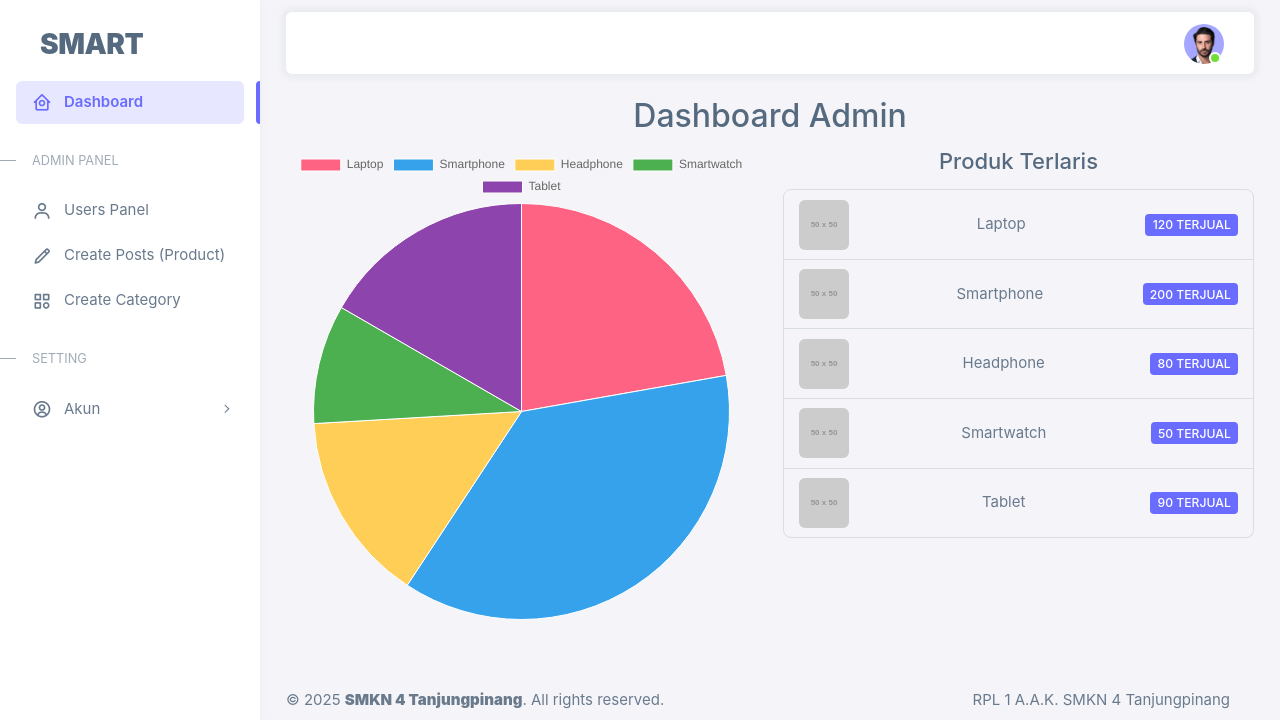
Repository: athalantis/SMart
Page: http://localhost/dashmind.php
The author's editor kept a copy of each file at every save. The page is drawn from the files as they stood at one save, then again after the next save.
The browser window is 1280 px wide. The pictures show the whole page.
Some web fonts or font styles are not loaded; a fallback is used. The page is run by PHP 8.4 with error messages shown; the project is at /var/www/html/. The session is filled in as if someone had signed in: {"username": "testuser", "name": "Test User", "role": "admin", "user_id": 1}. Other server files are loaded and not shown.

Above is the page before, as saved 2025-03-28 11:07:58.

### dashmind.php
<?php
include (".includes/header.php");
$title = "Admin's Dashboard";
include '.includes/toast_notification.php';
?>

<div class="container mt-4">
    <h2 class="mb-3 text-center">Dashboard Admin</h2>

    <div class="row">
        <!-- Chart -->
        <div class="col-md-6">
            <canvas id="salesChart"></canvas>
        </div>

        <!-- Dummy Data Produk -->
        <div class="col-md-6">
            <h4 class="text-center">Produk Terlaris</h4>
            <ul class="list-group">
                <?php
                // Dummy data produk
                $products = [
                    ["name" => "Laptop", "sold" => 120],
                    ["name" => "Smartphone", "sold" => 200],
                    ["name" => "Headphone", "sold" => 80],
                    ["name" => "Smartwatch", "sold" => 50],
                    ["name" => "Tablet", "sold" => 90]
                ];

                // Loop untuk menampilkan daftar produk
                for ($i = 0; $i < count($products); $i++) {
                    echo '<li class="list-group-item d-flex justify-content-between align-items-center">';
                    echo '<img src="https://via.placeholder.com/50" alt="Product Image" class="rounded me-2">';
                    echo '<span>' . $products[$i]["name"] . '</span>';
                    echo '<span class="badge bg-primary">' . $products[$i]["sold"] . ' terjual</span>';
                    echo '</li>';
                }
                ?>
            </ul>
        </div>
    </div>
</div>

<!-- Chart.js -->
<script src="https://cdn.jsdelivr.net/npm/chart.js"></script>
<script>
document.addEventListener("DOMContentLoaded", function() {
    var ctx = document.getElementById('salesChart').getContext('2d');

    var productNames = <?php echo json_encode(array_column($products, 'name')); ?>;
    var productSales = <?php echo json_encode(array_column($products, 'sold')); ?>;

    var salesChart = new Chart(ctx, {
        type: 'pie',
        data: {
            labels: productNames,
            datasets: [{
                label: 'Produk Terjual',
                data: productSales,
                backgroundColor: ['#FF6384', '#36A2EB', '#FFCE56', '#4CAF50', '#8E44AD'],
                borderWidth: 1
            }]
        },
        options: {
            responsive: true
        }
    });
});
</script>

<?php include (".includes/footer.php"); ?>

### .includes/header.php
<?php
// Memasukkan file konfigurasi database
include 'config.php';
// Memasukkan file init session
include "init_session.php";
?>

<!DOCTYPE html>
<html lang="en">
  <head>
    <meta charset="utf-8" />
    <meta name="viewport" content="width=device-width,
    initial-scale=1.0, user-scalable=no, minimum-scale=1.0, maximum-scale=1.0"
    />

    <title>Dashboard &mdash; SMart Market</title>
    <!-- Favicon -->
    <link rel="icon" type="image/x-icon" href="assets/img/favicon/favicon.ico" />
    <!-- Fonts -->
    <link href="https://fonts.googleapis.com/css2?family=Public+Sans:ital,wght@0,300;0,400;0,500;0,600;0,700;1,300;1,400;1,500;1,600;1,700&display=swap" rel="stylesheet" />
    <link rel="stylesheet" href="assets/vendor/fonts/boxicons.css" />

    <!-- Core CSS -->
    <link rel="stylesheet" href="assets/vendor/css/core.css" class="template-customizer-core-css" />
    <link rel="stylesheet" href="assets/vendor/css/theme-default.css" class="template-customizer-theme-css" />
    <link rel="stylesheet" href="assets/css/styles.css" />

    <!-- Vendors CSS -->
    <link rel="stylesheet" href="assets/vendor/css/dataTables.bootstrap5.min.css">
    <link rel="stylesheet" href="assets/vendor/libs/perfect-scrollbar/perfect-scrollbar.css" />
    <!-- Page CSS -->
    <!-- Summernote CSS and JS -->
    <link rel="stylesheet" href="assets/vendor/css/summernote.min.css">
    <!-- Helpers -->
    <script src="assets/vendor/js/helpers.js"></script>
    <!--! Template customizer & Theme config files MUST be included after core stylesheets and helpers.js in the <head> section -->
    <!--? Config:  Mandatory theme config file contain global vars & default theme options, Set your preferred theme option in this file.  -->
    <script src="assets/js/config.js"></script>
  </head>
  <body>
    <!-- Layout wrapper -->
    <div class="layout-wrapper layout-content-navbar">
      <div class="layout-container">
        <?php include "sidemenu.php"; ?>
        <!-- Layout container -->
        <div class="layout-page">
          <?php include "navbar.php"; ?>
          <!-- Content wrapper -->
          <div class="content-wrapper">
            <!-- Content -->

### config.php
<?php

$host = "localhost";
$username = "root";
$password = "";
$database = "smart";

$conn = mysqli_connect($host, $username, $password, $database);

if ($conn->connect_error) {
    die("database gagal terkoneksi: " . $conn->connect_error);
}

?>

### .includes/init_session.php
<?php
// Pastikan hanya memulai sesi jika belum dimulai
if (session_status() === PHP_SESSION_NONE) {
    session_start();
}

// Cek apakah session sudah diset sebelum mengaksesnya
$userId = $_SESSION["user_id"] ?? null;
$name = $_SESSION["name"] ?? null;
$role = $_SESSION["role"] ?? null;

// Notifikasi hanya ditampilkan sekali, lalu dihapus
if (!empty($_SESSION['notification'])) {
    $notification = $_SESSION['notification'];
    unset($_SESSION['notification']);
} else {
    $notification = null;
}

// Perbaikan logika pengecekan login
if (!$userId || !$role) {
    $_SESSION['notification'] = [
        'type' => 'danger',
        'message' => 'Silakan login terlebih dahulu!'
    ];
    header('Location: ./auth/login.php');
    exit();
}

### .includes/navbar.php
<!-- Navbar -->
<nav class="layout-navbar container-xxl navbar navbar-expand-xl
navbar-detached align-items-center bg-navbar-theme" id="layout-navbar">
  <div class="layout-menu-toggle navbar-nav align-items-xl-center me-3 me-xl-0 d-xl-none">
    <a class="nav-item nav-link px-0 me-xl-4" href="javascript:void(0)">
      <i class="bx bx-menu bx-sm"></i>
    </a>
  </div>
  <div class="navbar-nav-right d-flex align-items-center" id="navbar-collapse">
    <ul class="navbar-nav flex-row align-items-center ms-auto">
      <!-- User -->
      <li class="nav-item navbar-dropdown dropdown-user dropdown">
        <a class="nav-link dropdown-toggle hide-arrow" href="javascript:void(0);" data-bs-toggle="dropdown">
          <div class="avatar avatar-online">
            <img src="assets/img/avatars/1.png" alt class="w-px-40 h-auto rounded-circle" />
          </div>
        </a>
        <ul class="dropdown-menu dropdown-menu-end">
          <li>
            <a class="dropdown-item" href="#">
              <div class="d-flex">
                <div class="flex-shrink-0 me-3">
                  <div class="avatar avatar-online">
                    <img src="assets/img/avatars/1.png" alt class="w-px-40 h-auto rounded-circle" />
                  </div>
                </div>
                <div class="flex-grow-1">
                  <span class="fw-semibold d-block"><?php echo $name; ?></span>
                  <small class="text-muted"><?php echo $role; ?></small>
                </div>
              </div>
            </a>
          </li>
          <li>
            <div class="dropdown-divider"></div>
          </li>
          <li>
            <a class="dropdown-item" href="auth/logout.php">
              <i class="bx bx-power-off me-2"></i>
              <span class="align-middle">Log Out</span>
            </a>
          </li>
        </ul>
      </li>
      <!--/ User -->
    </ul>
  </div>
</nav>
<!-- / Navbar -->

### .includes/toast_notification.php
<!-- Bootstrap Toast -->
<?php if ($notification): ?>
  <div id="notifikasi" class="bs-toast toast fade bg-<?= $notification['type'] ?> position-absolute m-3 end-0" role="alert" data-bs-autohide="true">
    <div class="toast-header">
      <i class="bx bx-bell me-2"></i>
      <strong class="me-auto"><?= $notification['title'] ?? 'Notifikasi' ?></strong>
      <button type="button" class="btn-close" data-bs-dismiss="toast" aria-label="Close"></button>
    </div>
    <div class="toast-body">
      <?= $notification['message'] ?>
    </div>
  </div>
<?php endif; ?>

<script>
  document.addEventListener('DOMContentLoaded', function () {
    const toastEl = document.getElementById('notifikasi');
    if (toastEl) {
      const toast = new bootstrap.Toast(toastEl);
      toast.show();
    }
  });
</script>

### .includes/footer.php
            <!-- Footer -->
            <footer class="content-footer footer bg-footer-theme">
              <div class="container-xxl d-flex flex-wrap justify-content-between py-2 flex-md-row flex-column">
                <div class="mb-2 mb-md-0">
                  ©
                  <script>
                    document.write(new Date().getFullYear());
                  </script>
                  <a href="#" target="_blank" class="footer-link fw-bolder">SMKN 4 Tanjungpinang</a>.
                  All rights reserved.
                </div>
                <div>
                  <a href="#" target="_blank" class="footer-link me-4">RPL 1 A.A.K. SMKN 4 Tanjungpinang</a>
                </div>
              </div>
            </footer>
            <!-- / Footer -->
            <div class="content-backdrop fade"></div>
          </div>
          <!-- Content wrapper -->
        </div>
        <!-- / Layout page -->
      </div>
      <!-- Overlay -->
      <div class="layout-overlay layout-menu-toggle"></div>
    </div>
    <!-- / Layout wrapper -->

    <!-- Core JS -->
    <!-- build:js assets/vendor/js/core.js -->
    <script src="assets/vendor/libs/jquery/jquery.js"></script>
    <script src="assets/vendor/js/bootstrap.bundle.min.js"></script>
    <script src="assets/vendor/libs/perfect-scrollbar/perfect-scrollbar.js"></script>
    <script src="assets/vendor/js/menu.js"></script>
    <!-- endbuild -->
    <!-- Main JS -->
    <script src="assets/js/main.js"></script>
    <!-- Datatables JS -->
    <script src="assets/vendor/libs/datatables/jquery.dataTables.min.js"></script>
    <script src="assets/vendor/libs/datatables/dataTables.bootstrap5.min.js"></script>
    <script src="assets/vendor/libs/datatables/datatables.js"></script>
    <!-- Summernote JS -->
    <script src="assets/vendor/libs/summernote/summernote.min.js" defer></script>
    <script src="assets/vendor/libs/summernote/summernote.js" defer></script>
    <!-- Active State JS -->
    <script src="assets/js/active-state-nav.js"></script>
</body>
</html>

### assets/css/styles.css
/*
* demo.css
* File include item demo only specific css only
******************************************************************************/

.menu .app-brand.demo {
  height: 64px;
  margin-top: 12px;
}

.app-brand-logo.demo svg {
  width: 22px;
  height: 38px;
}

.app-brand-text.demo {
  font-size: 1.75rem;
  letter-spacing: -0.5px;
  text-transform: lowercase;
}

/* ! For .layout-navbar-fixed added fix padding top tpo .layout-page */
/* Detached navbar */
.layout-navbar-fixed .layout-wrapper:not(.layout-horizontal):not(.layout-without-menu) .layout-page {
  padding-top: 76px !important;
}
/* Default navbar */
.layout-navbar-fixed .layout-wrapper:not(.layout-without-menu) .layout-page {
  padding-top: 64px !important;
}

/* Navbar page z-index issue solution */
.content-wrapper .navbar {
  z-index: auto;
}

/*
* Content
******************************************************************************/

.demo-blocks > * {
  display: block !important;
}

.demo-inline-spacing > * {
  margin: 1rem 0.375rem 0 0 !important;
}

/* ? .demo-vertical-spacing class is used to have vertical margins between elements. To remove margin-top from the first-child, use .demo-only-element class with .demo-vertical-spacing class. For example, we have used this class in forms-input-groups.html file. */
.demo-vertical-spacing > * {
  margin-top: 1rem !important;
  margin-bottom: 0 !important;
}
.demo-vertical-spacing.demo-only-element > :first-child {
  margin-top: 0 !important;
}

.demo-vertical-spacing-lg > * {
  margin-top: 1.875rem !important;
  margin-bottom: 0 !important;
}
.demo-vertical-spacing-lg.demo-only-element > :first-child {
  margin-top: 0 !important;
}

.demo-vertical-spacing-xl > * {
  margin-top: 5rem !important;
  margin-bottom: 0 !important;
}
.demo-vertical-spacing-xl.demo-only-element > :first-child {
  margin-top: 0 !important;
}

.rtl-only {
  display: none !important;
  text-align: left !important;
  direction: ltr !important;
}

[dir='rtl'] .rtl-only {
  display: block !important;
}

/*
* Layout demo
******************************************************************************/

.layout-demo-wrapper {
  display: -webkit-box;
  display: -ms-flexbox;
  display: flex;
  -webkit-box-align: center;
  -ms-flex-align: center;
  align-items: center;
  -webkit-box-orient: vertical;
  -webkit-box-direction: normal;
  -ms-flex-direction: column;
  flex-direction: column;
  margin-top: 1rem;
}
.layout-demo-placeholder img {
  width: 900px;
}
.layout-demo-info {
  text-align: center;
  margin-top: 1rem;
}

Loaded but not shown: assets/js/main.js (118 lines, source omitted); assets/js/config.js (27 lines, source omitted); assets/js/active-state-nav.js (9 lines, source omitted); .includes/sidemenu.php (135 lines, source omitted)

After the next save:
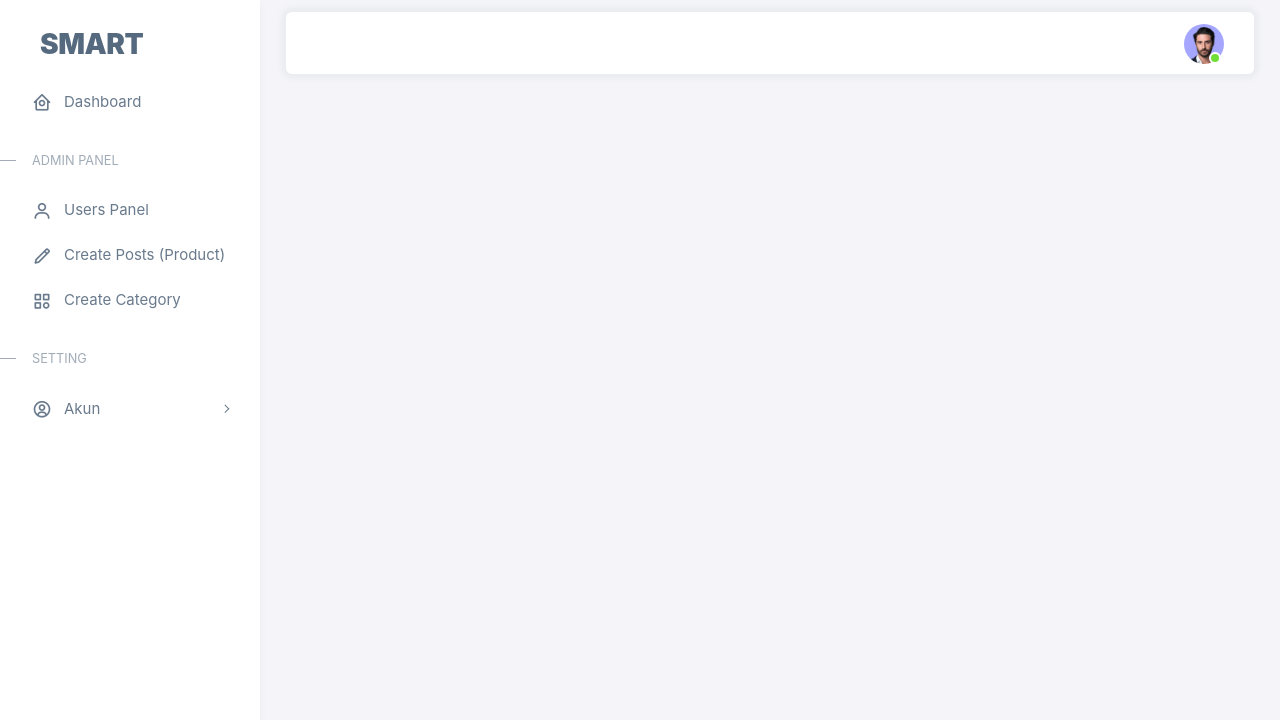
Saved 50 s later.
--- a/dashmind.php
+++ b/dashmind.php
@@ -1,71 +1,7 @@
 <?php
 include (".includes/header.php");
 $title = "Admin's Dashboard";
+// Menyertakan file untuk menampilkan notifikasi (jika ada)
+//dor
 include '.includes/toast_notification.php';
 ?>
-
-<div class="container mt-4">
-    <h2 class="mb-3 text-center">Dashboard Admin</h2>
-
-    <div class="row">
-        <!-- Chart -->
-        <div class="col-md-6">
-            <canvas id="salesChart"></canvas>
-        </div>
-
-        <!-- Dummy Data Produk -->
-        <div class="col-md-6">
-            <h4 class="text-center">Produk Terlaris</h4>
-            <ul class="list-group">
-                <?php
-                // Dummy data produk
-                $products = [
-                    ["name" => "Laptop", "sold" => 120],
-                    ["name" => "Smartphone", "sold" => 200],
-                    ["name" => "Headphone", "sold" => 80],
-                    ["name" => "Smartwatch", "sold" => 50],
-                    ["name" => "Tablet", "sold" => 90]
-                ];
-
-                // Loop untuk menampilkan daftar produk
-                for ($i = 0; $i < count($products); $i++) {
-                    echo '<li class="list-group-item d-flex justify-content-between align-items-center">';
-                    echo '<img src="https://via.placeholder.com/50" alt="Product Image" class="rounded me-2">';
-                    echo '<span>' . $products[$i]["name"] . '</span>';
-                    echo '<span class="badge bg-primary">' . $products[$i]["sold"] . ' terjual</span>';
-                    echo '</li>';
-                }
-                ?>
-            </ul>
-        </div>
-    </div>
-</div>
-
-<!-- Chart.js -->
-<script src="https://cdn.jsdelivr.net/npm/chart.js"></script>
-<script>
-document.addEventListener("DOMContentLoaded", function() {
-    var ctx = document.getElementById('salesChart').getContext('2d');
-
-    var productNames = <?php echo json_encode(array_column($products, 'name')); ?>;
-    var productSales = <?php echo json_encode(array_column($products, 'sold')); ?>;
-
-    var salesChart = new Chart(ctx, {
-        type: 'pie',
-        data: {
-            labels: productNames,
-            datasets: [{
-                label: 'Produk Terjual',
-                data: productSales,
-                backgroundColor: ['#FF6384', '#36A2EB', '#FFCE56', '#4CAF50', '#8E44AD'],
-                borderWidth: 1
-            }]
-        },
-        options: {
-            responsive: true
-        }
-    });
-});
-</script>
-
-<?php include (".includes/footer.php"); ?>

After the save that followed:
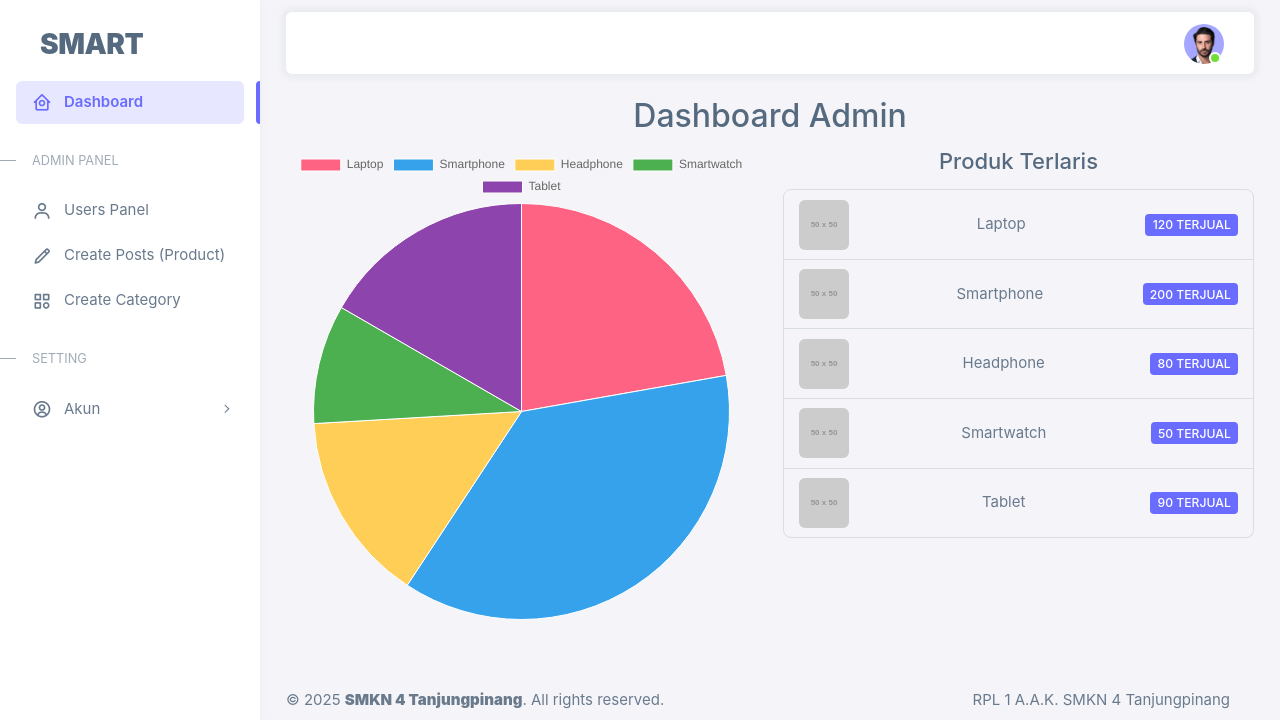
Saved 7 s later.
--- a/dashmind.php
+++ b/dashmind.php
@@ -1,7 +1,71 @@
 <?php
 include (".includes/header.php");
 $title = "Admin's Dashboard";
-// Menyertakan file untuk menampilkan notifikasi (jika ada)
-//dor
 include '.includes/toast_notification.php';
 ?>
+
+<div class="container mt-4">
+    <h2 class="mb-3 text-center">Dashboard Admin</h2>
+
+    <div class="row">
+        <!-- Chart -->
+        <div class="col-md-6">
+            <canvas id="salesChart"></canvas>
+        </div>
+
+        <!-- Dummy Data Produk -->
+        <div class="col-md-6">
+            <h4 class="text-center">Produk Terlaris</h4>
+            <ul class="list-group">
+                <?php
+                // Dummy data produk
+                $products = [
+                    ["name" => "Laptop", "sold" => 120],
+                    ["name" => "Smartphone", "sold" => 200],
+                    ["name" => "Headphone", "sold" => 80],
+                    ["name" => "Smartwatch", "sold" => 50],
+                    ["name" => "Tablet", "sold" => 90]
+                ];
+
+                // Loop untuk menampilkan daftar produk
+                for ($i = 0; $i < count($products); $i++) {
+                    echo '<li class="list-group-item d-flex justify-content-between align-items-center">';
+                    echo '<img src="https://via.placeholder.com/50" alt="Product Image" class="rounded me-2">';
+                    echo '<span>' . $products[$i]["name"] . '</span>';
+                    echo '<span class="badge bg-primary">' . $products[$i]["sold"] . ' terjual</span>';
+                    echo '</li>';
+                }
+                ?>
+            </ul>
+        </div>
+    </div>
+</div>
+
+<!-- Chart.js -->
+<script src="https://cdn.jsdelivr.net/npm/chart.js"></script>
+<script>
+document.addEventListener("DOMContentLoaded", function() {
+    var ctx = document.getElementById('salesChart').getContext('2d');
+
+    var productNames = <?php echo json_encode(array_column($products, 'name')); ?>;
+    var productSales = <?php echo json_encode(array_column($products, 'sold')); ?>;
+
+    var salesChart = new Chart(ctx, {
+        type: 'pie',
+        data: {
+            labels: productNames,
+            datasets: [{
+                label: 'Produk Terjual',
+                data: productSales,
+                backgroundColor: ['#FF6384', '#36A2EB', '#FFCE56', '#4CAF50', '#8E44AD'],
+                borderWidth: 1
+            }]
+        },
+        options: {
+            responsive: true
+        }
+    });
+});
+</script>
+
+<?php include (".includes/footer.php"); ?>
